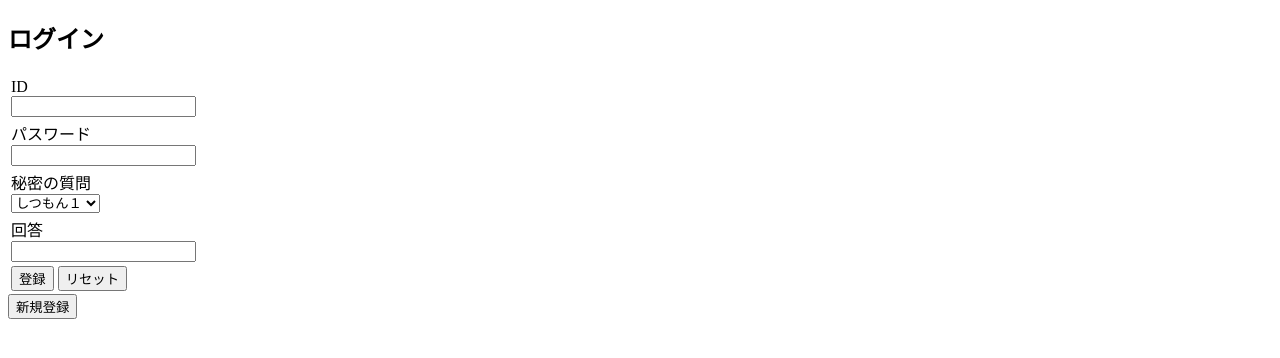
Repository: dojo2023/F-2
Page: http://localhost/f2project/registServlet
An editor plug-in stored every save of this project. The page is shown before and after the next save, followed by the edit.
The browser window is 1280 px wide. The pictures show the whole page.
The page is served by Tomcat 9.

Above is the page before, as saved 2023-06-08 05:25:53.

After the next save:
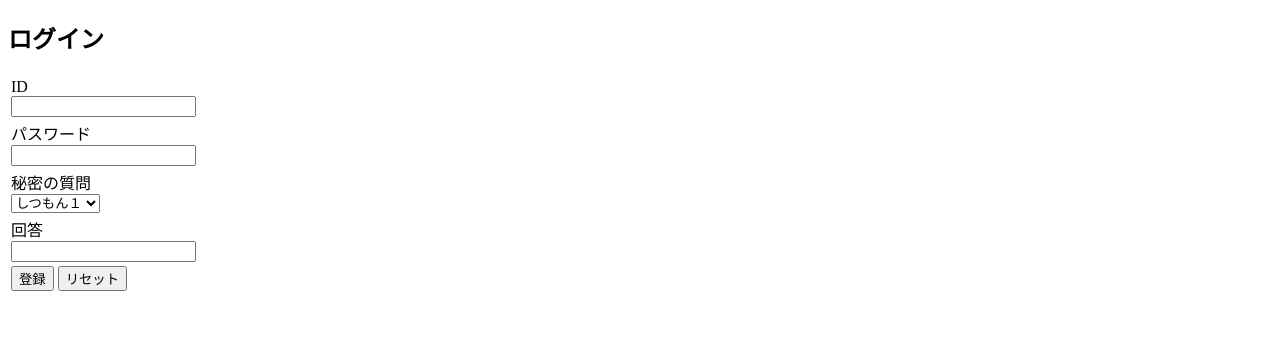
Saved 18 s later.
--- a/F2workspace/f2project/WebContent/WEB-INF/jsp/regist.jsp
+++ b/F2workspace/f2project/WebContent/WEB-INF/jsp/regist.jsp
@@ -54,8 +54,5 @@
       </tr>
     </table>
     </form>
-    <form method="POST" action="/f2project/registServlet">
-    <input type="submit" name="user_regist" value="新規登録">
-  </form>
 </body>
 </html>
